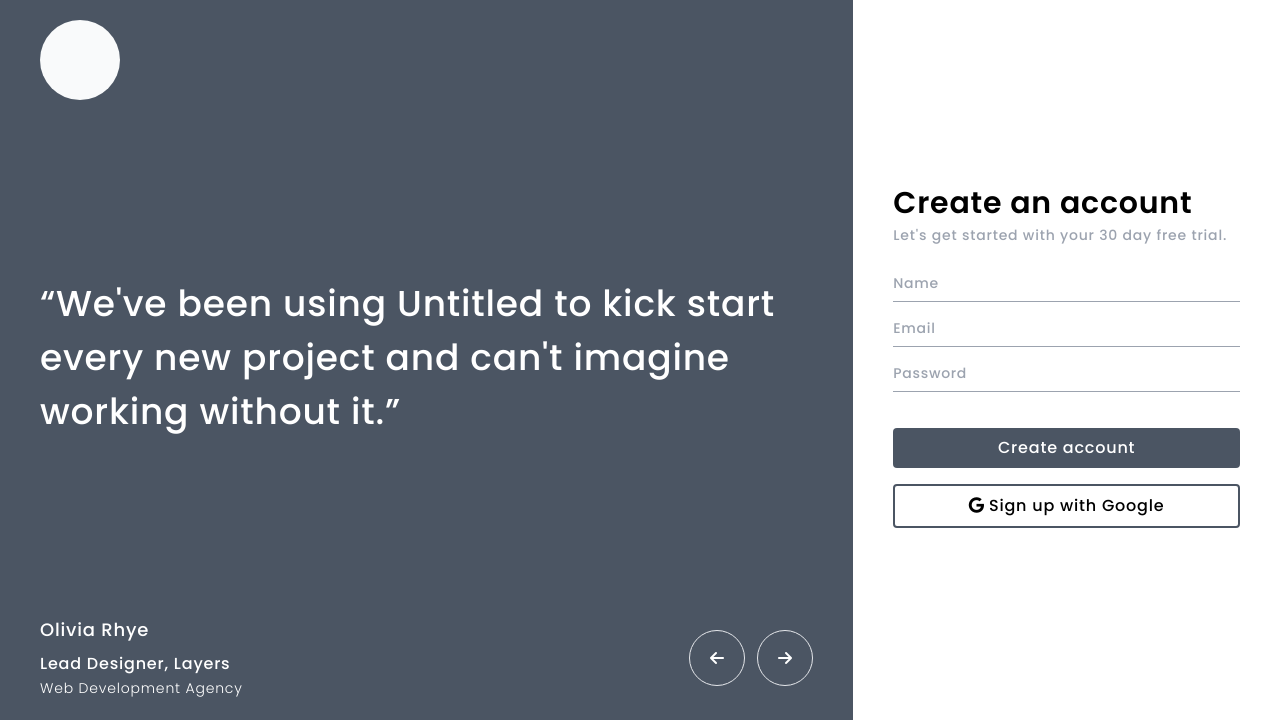
Repository: debthebuilder/youtube-html-contact-form-tailwindcss
Page: contact.html
The author's editor kept a copy of each file at every save. The page is drawn from the files as they stood at one save, then again after a run of saves.
The browser window is 1280 px wide. The pictures show the whole page.
Some web libraries are served in a nearby version.

Above is the page before, as saved 2022-08-03 06:07:54.

### contact.html
<!DOCTYPE html>
<html lang="en">
<head>
    <meta charset="UTF-8">
    <meta http-equiv="X-UA-Compatible" content="IE=edge">
    <meta name="viewport" content="width=device-width, initial-scale=1.0">
    <link rel="stylesheet" href="https://cdnjs.cloudflare.com/ajax/libs/font-awesome/6.1.2/css/all.min.css" integrity="sha512-1sCRPdkRXhBV2PBLUdRb4tMg1w2YPf37qatUFeS7zlBy7jJI8Lf4VHwWfZZfpXtYSLy85pkm9GaYVYMfw5BC1A==" crossorigin="anonymous" referrerpolicy="no-referrer" />
    <link rel="preconnect" href="https://fonts.googleapis.com">
    <link rel="preconnect" href="https://fonts.gstatic.com" crossorigin>
    <link href="https://fonts.googleapis.com/css2?family=Poppins:wght@300;500;600&display=swap" rel="stylesheet">
    <script src="https://cdn.tailwindcss.com"></script>
    <title>HTML Contact Form</title>
    <style>
        body{
            font-family: 'Poppins', sans-serif;
        }
    </style>
</head>
<body>
    <div class="w-full h-screen flex tracking-wider">
        <!--Background Image with Overlay text-->
        <div class="w-4/6 bg-gray-600 text-white flex flex-col justify-between py-5 px-10">
            <a href="#" class="block">
                <div class="w-20 h-20 bg-gray-50 rounded-full"></div>
            </a>
            <q class="text-4xl leading-normal ">We've been using Untitled to kick start every new project and can't imagine working without it.</q>
            <div class="flex flex-row items-center justify-between">
                <div>
                    <h3 class="mb-2 text-lg">Olivia Rhye</h3>
                    <div class="font-normal">Lead Designer, Layers</div>
                    <span class="font-light text-sm">Web Development Agency</span>
                </div>
                <div class="flex">
                    <span class="w-14 h-14 flex items-center justify-center border rounded-full">
                        <i class="fa-solid fa-arrow-left"></i>
                    </span>
                    <span class="w-14 h-14 flex items-center justify-center border rounded-full ml-3">
                        <i class="fa-solid fa-arrow-right"></i>
                    </span>

                </div>
            </div>
        </div>
        <!--Form-->
        <div class="w-2/6 px-10 flex flex-col justify-center">
            <h2 class="text-3xl font-semibold">Create an account</h2>
            <span class="text-sm text-gray-400 mt-1">Let's get started with your 30 day free trial.</span>
            <form class="my-5">
                <input type="text" name="name" placeholder="Name" class="w-full border-b border-gray-400 placeholder:text-gray-400 pb-2  text-sm tracking-wider focus:outline-none focus:border-0 focus:border-b-2 my-2">
                <input type="email" name="email" placeholder="Email" class="w-full border-b border-gray-400 placeholder:text-gray-400 pb-2  text-sm tracking-wider focus:outline-none focus:border-0 focus:border-b-2 my-2">
                <input type="password" name="password" placeholder="Password" class="w-full border-b border-gray-400 placeholder:text-gray-400 pb-2  text-sm tracking-wider focus:outline-none focus:border-0 focus:border-b-2 my-2">
                <div></div>

            </form>
            <button class="block bg-gray-600 w-full py-2 rounded my-2 text-white">Create account</button>
            <button class="block border-2 border-gray-600  w-full py-2 my-2 rounded"><span class="mr-1"><i class="fa-brands fa-google"></i></span>Sign up with Google</button>


        </div>
    </div>
</body>
</html>

After the next 4 saves:
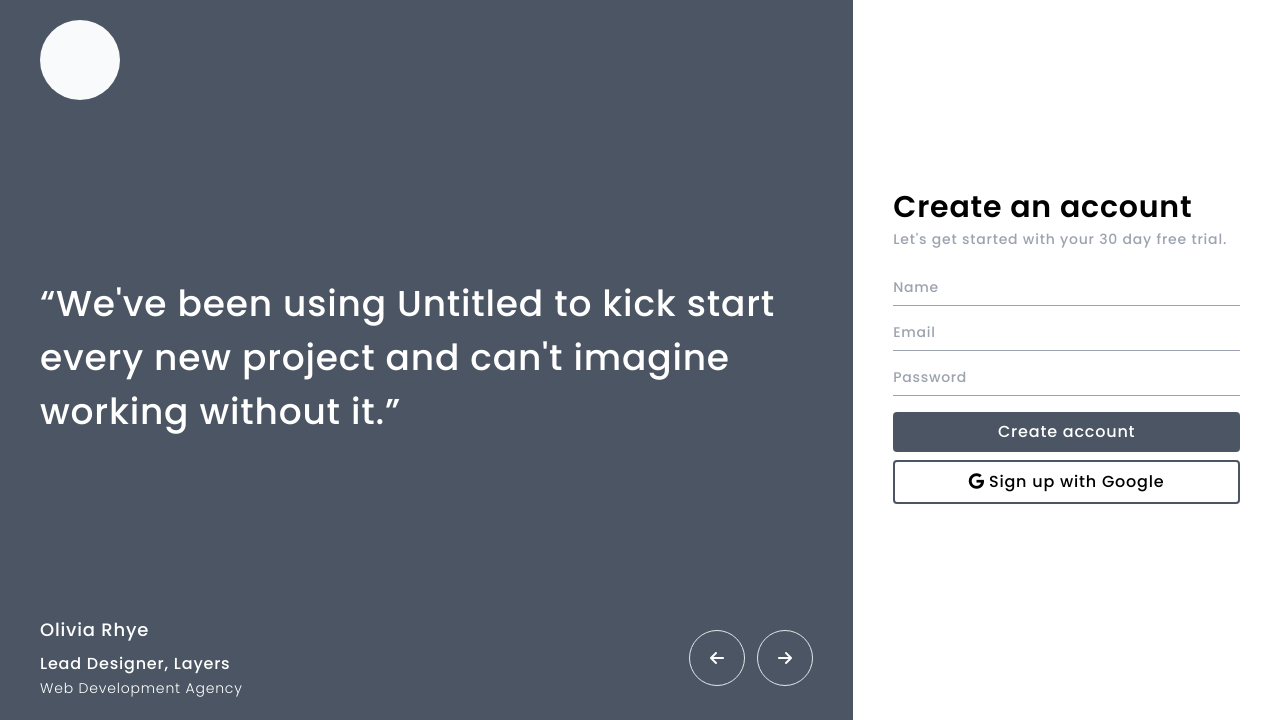
The 4 saves are shown as one change because they came seconds apart.
The last was saved 22 s later.
--- a/contact.html
+++ b/contact.html
@@ -49,11 +49,13 @@
                 <input type="text" name="name" placeholder="Name" class="w-full border-b border-gray-400 placeholder:text-gray-400 pb-2  text-sm tracking-wider focus:outline-none focus:border-0 focus:border-b-2 my-2">
                 <input type="email" name="email" placeholder="Email" class="w-full border-b border-gray-400 placeholder:text-gray-400 pb-2  text-sm tracking-wider focus:outline-none focus:border-0 focus:border-b-2 my-2">
                 <input type="password" name="password" placeholder="Password" class="w-full border-b border-gray-400 placeholder:text-gray-400 pb-2  text-sm tracking-wider focus:outline-none focus:border-0 focus:border-b-2 my-2">
-                <div></div>
+                <div>
+                    <button class="block bg-gray-600 w-full py-2 rounded my-2 text-white">Create account</button>
+                    <button class="block border-2 border-gray-600  w-full py-2 my-2 rounded"><span class="mr-1"><i class="fa-brands fa-google"></i></span>Sign up with Google</button>
+                </div>
 
             </form>
-            <button class="block bg-gray-600 w-full py-2 rounded my-2 text-white">Create account</button>
-            <button class="block border-2 border-gray-600  w-full py-2 my-2 rounded"><span class="mr-1"><i class="fa-brands fa-google"></i></span>Sign up with Google</button>
+
 
 
         </div>
